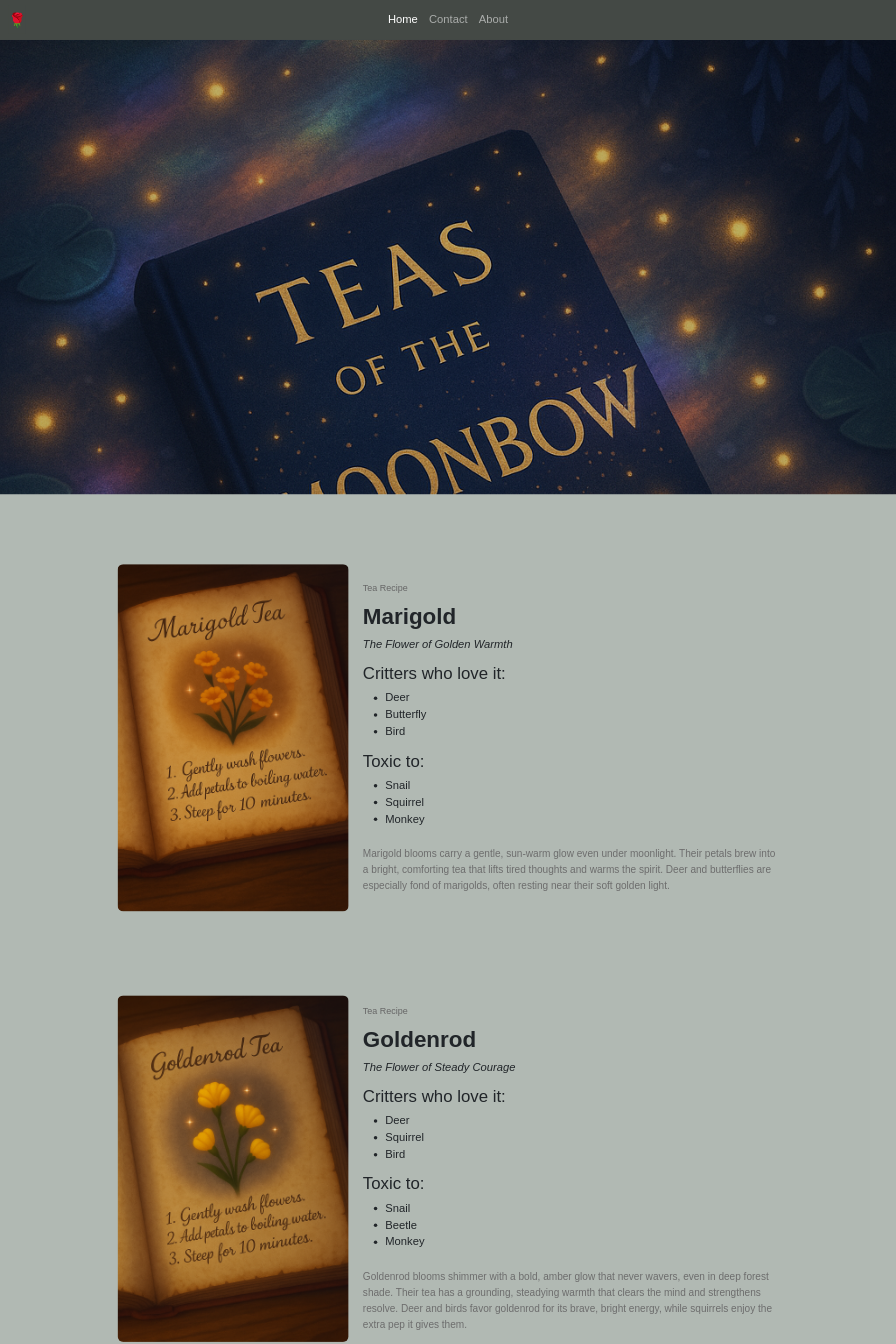
Repository: Brittany-Westlund/WebDesign
Page: FinalProject/contact.html
The author's editor kept a copy of each file at every save. The page is drawn from the files as they stood at one save, then again after the next save.
The browser window is 1280 px wide. The pictures show the part of the page from y = 0 to 1920 px (the page is 3852 px tall), at 70% of full size.
A picture or video elsewhere on the page could not be fetched, so the positions and the page height are approximate. Backgrounds fixed to the window are drawn as part of the page.

Above is the page before, as saved 2025-12-02 21:31:56.

After the next save:
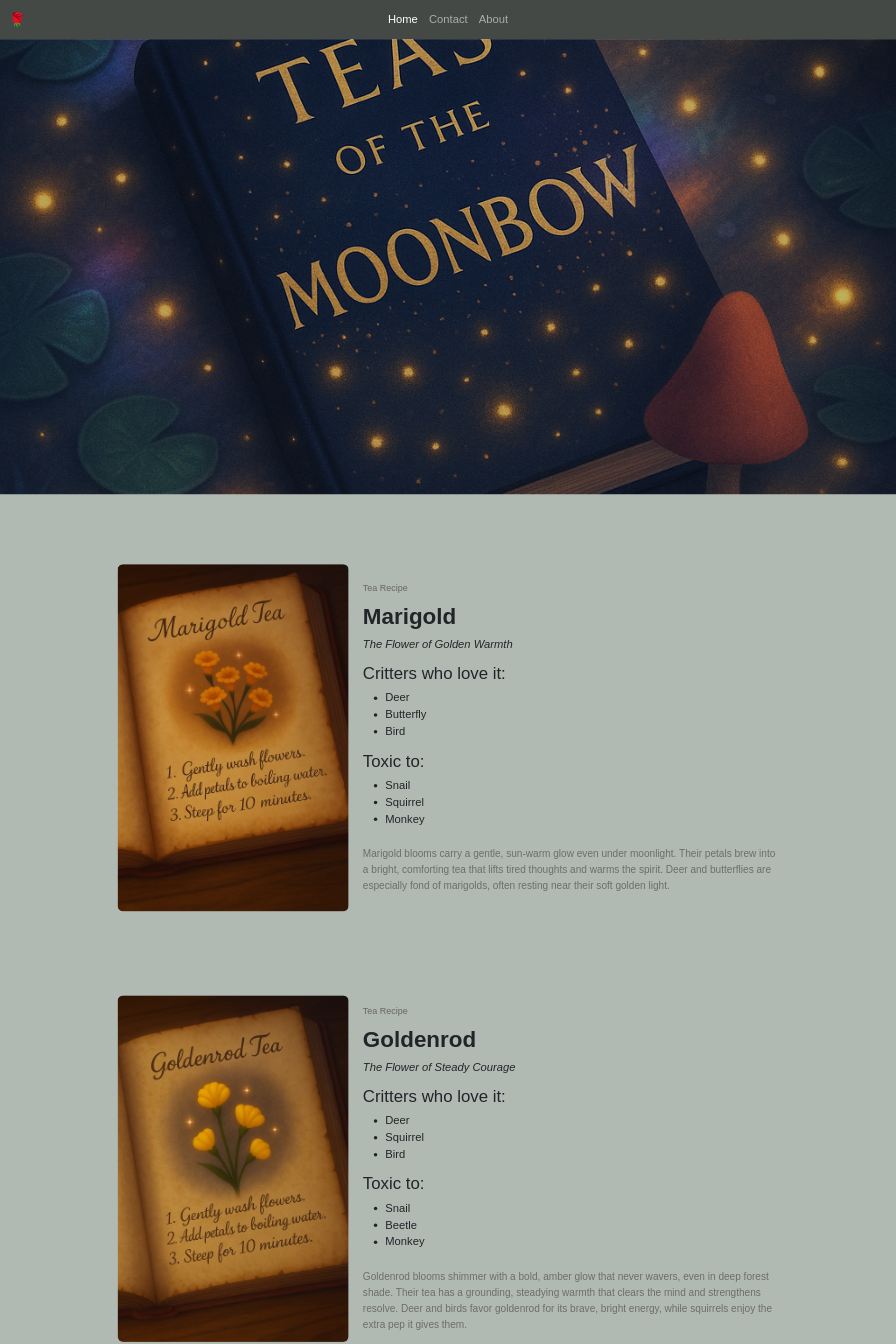
Saved 27 s later.
--- a/FinalProject/style/style.css
+++ b/FinalProject/style/style.css
@@ -361,7 +361,7 @@
 .moonbow-banner {
   height: 650px;
   background-size: cover;
-  background-position: top;
+  background-position: center;
   background-attachment: fixed; /* parallax */
   position: relative;
 }
